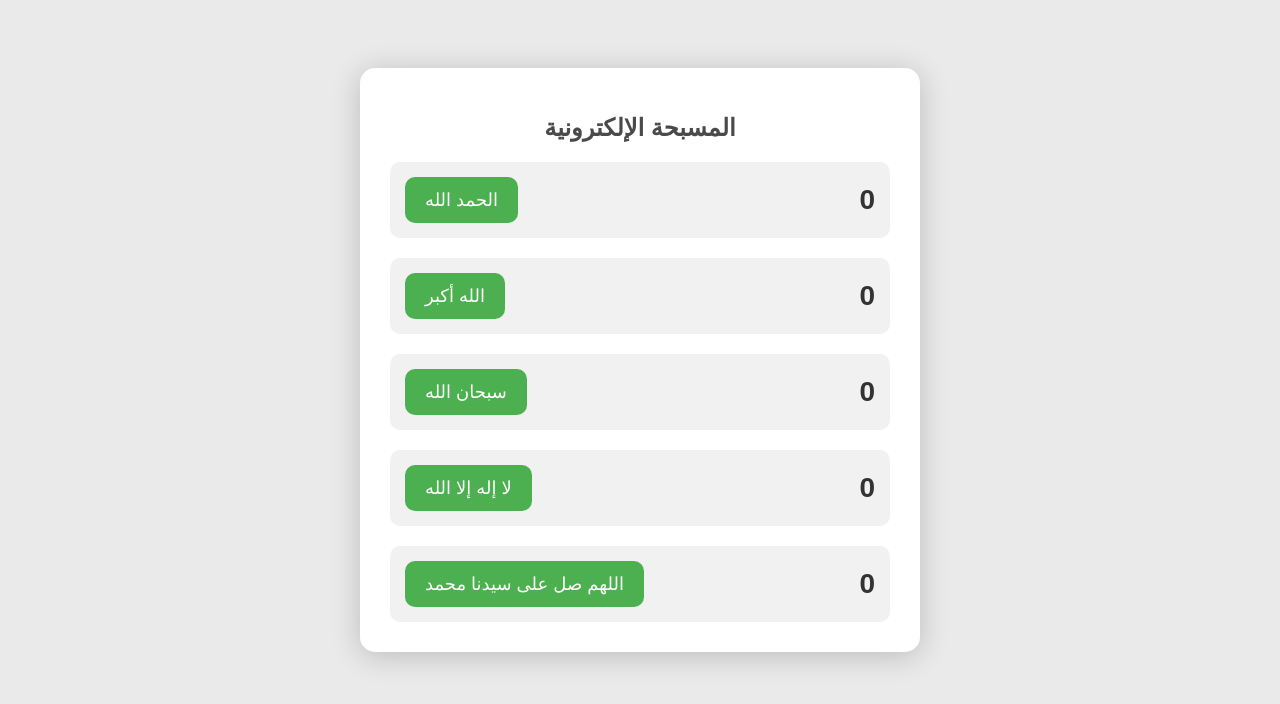
Repository: ShahdKItany/Electronic-Rosary
Page: index.html
An editor plug-in stored every save of this project. The page is shown before and after the next save, followed by the edit.
The browser window is 1280 px wide. The pictures show the whole page.

Above is the page before, as saved 2024-10-23 00:53:22.

After the next save:
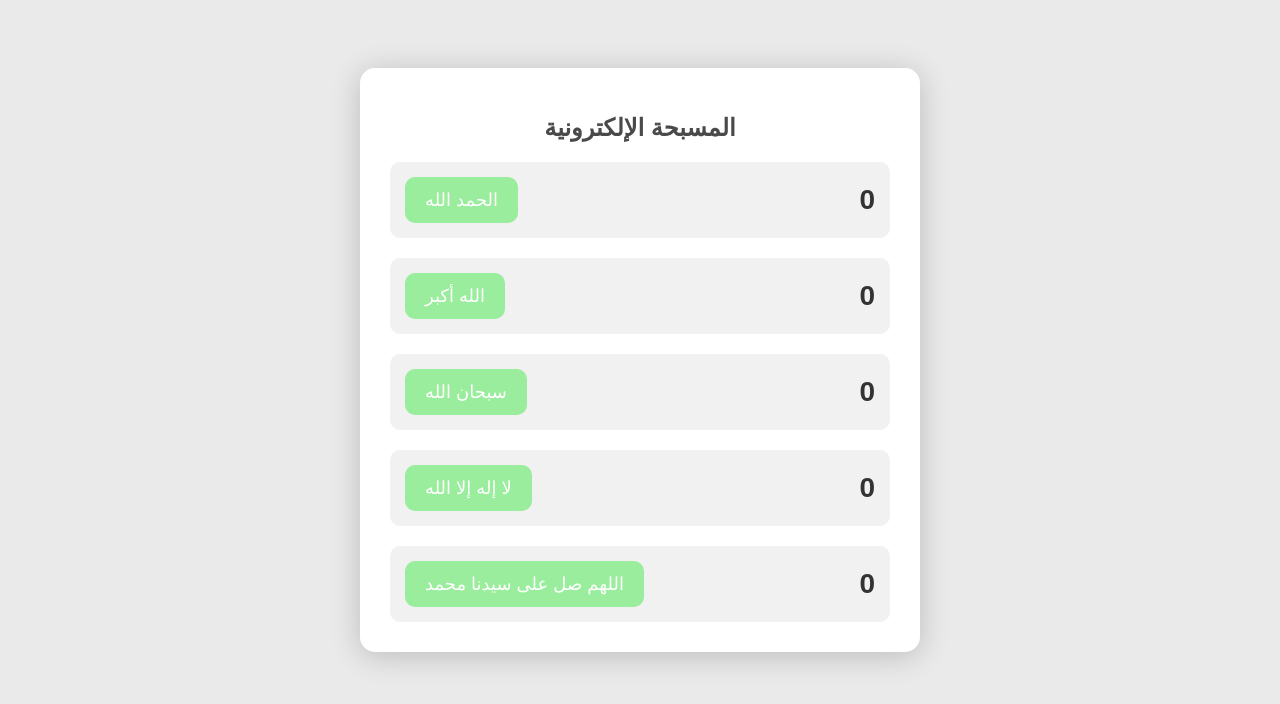
Saved 12 s later.
--- a/styles.css
+++ b/styles.css
@@ -46,7 +46,7 @@ body {
   }
 
   button {
-    background-color: #4CAF50;
+    background-color: #9aed9d;
     color: white;
     border: none;
     border-radius: 10px;
